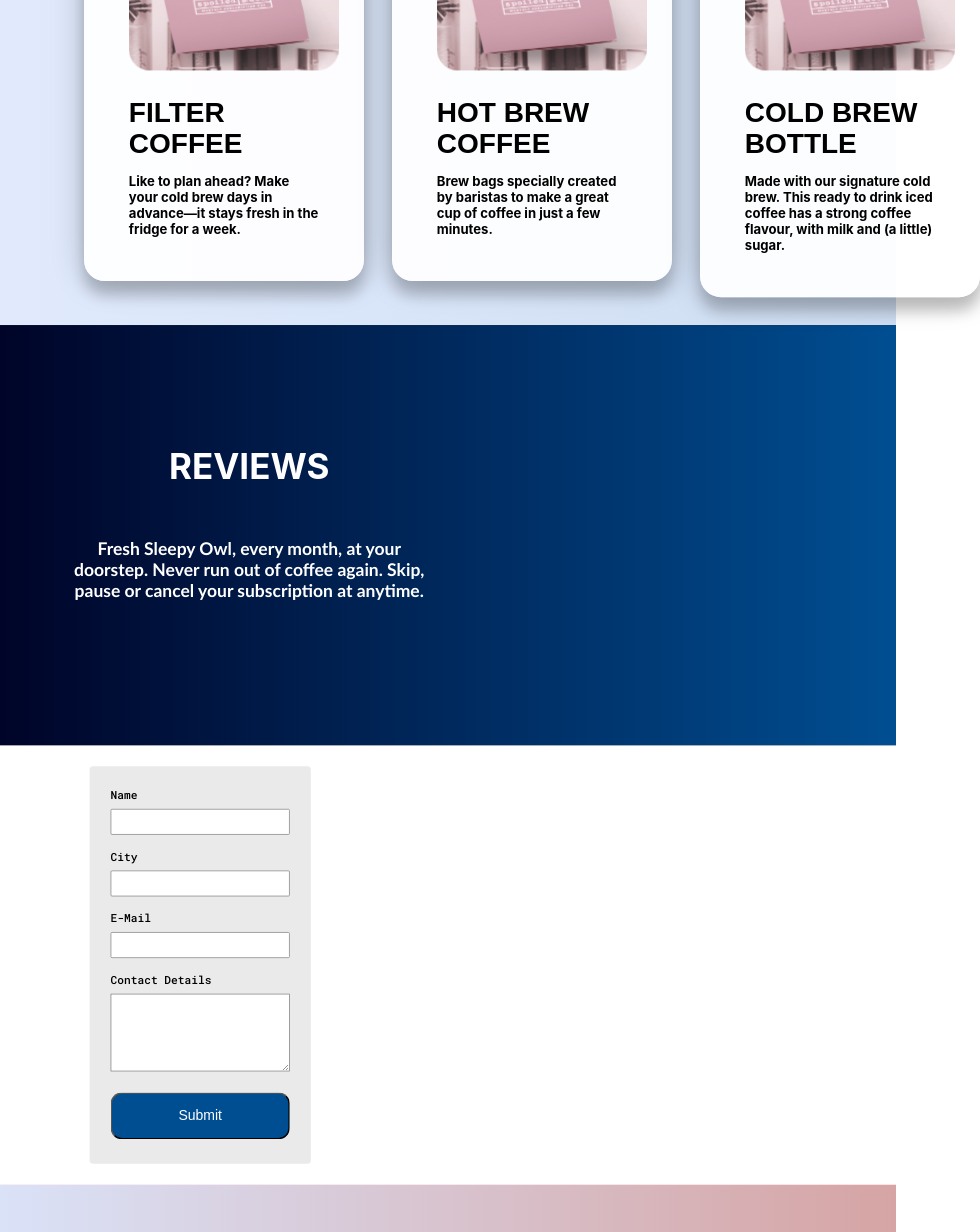
Repository: tusharpasricha/owlsomecoffee
Page: /
These files come from the project's save history. The page is drawn as it stood at one moment and after the next save; the edit follows.
The browser window is 1280 px wide. The page is 1400 px wide, so the pictures cover 1400 px, including what lies to the right of the window. The pictures show the part of the page from y = 382 to 2142 px (the page is 2852 px tall before and 2862 px after), at 70% of full size.
Some web fonts or font styles are not loaded; a fallback is used. The project was rebuilt for these pictures with package versions that can differ from the ones it lists, and the page was loaded fresh each time. Also part of the build but not shown: src/components/coupons.css, src/components/coupons.js, src/components/order.css, src/components/order.js, src/components/giftboxes.css, src/components/giftboxes.js, src/components/location.css, src/components/location.js.

Above is the page before, as saved 2021-09-27 22:47:14.

### src/App.js

//import './App.css';
import Navbar from './components/navbar';
import Bar from './components/bar';
import Subs from './components/subscription';
import Review from './components/review';
import Coupons from './components/coupons';
import Order from './components/order';
import Giftboxes from './components/giftboxes';
import Location from './components/location';
import Deal from './components/deal';
import Beforefootor from './components/beforefootor';
import Footor from './components/footor';
import Blank from './components/blank';
import Contact from './components/contact'










function App() {
  return (
    <div className="App">
     <Navbar></Navbar>
     <Blank></Blank>
     <Bar></Bar>
     <Deal></Deal>
     <Review></Review>
     {/* <Order></Order>
     <Location></Location>

     <Giftboxes></Giftboxes>
     <Coupons></Coupons> */}
     <Contact></Contact>
     <Subs></Subs>
     <Beforefootor></Beforefootor>
    <Footor></Footor>
    </div>
  );
}

export default App;

### src/components/navbar.js
import React from 'react'
import './navbar.css'
import {animateScroll as scroll} from 'react-scroll';
const Navbar = () => {
    return (
      <header className="mobileNav">
    <div className="nav">
<ul className="options">
  <li onClick={(()=> scroll.scrollToTop())}>
  Top</li>
  <li><a href="default.asp">Shop</a></li>
  <li><a href="news.asp">News</a></li>
  <li><a href="contact.asp">Contact</a></li>
  <li><a href="about.asp">Reviews</a></li>
</ul>
    </div>
    </header>
    )
}

export default Navbar

### src/components/bar.js
import React from 'react';
import {Link} from 'react-scroll';
import './bar.css';
import order from './order.jpg';
import deal from './deal.jpg';
import location from './location.jpg';
import coupon from './coupon.jpg';
import gift from './gift.jpg';
import review from './review.jpg';
import subscription from './subscription.png';
import logo from './logo.jfif';

const Bar = () => {
    return (
        <div className="bar">
<ul>
  <li> <img src={subscription}></img> <Link to="order" smooth={true} duration={1000}>ORDER</Link></li>
  <li><img src={deal}></img> <Link to="deal" smooth={true} duration={1000}>DEAL</Link></li>
  <li><img src={location}></img> <Link to="location" smooth={true} duration={1000}>LOCATION</Link></li>
  <li><img src={gift}></img> <Link to="giftboxes" smooth={true} duration={1000}>GIFT BOXES</Link></li>
  <li><img src={coupon}></img> <Link to="coupons" smooth={true} duration={1000}>COUPONS</Link></li>
  <li><img src={logo}></img> <Link to="contact" smooth={true} duration={1000}>CONTACT</Link></li>
  <li><img src={review}></img> <Link to="reviews" smooth={true} duration={1000}>REVIEWS</Link></li>
  <li><img src={subscription}></img> <Link to="subs" smooth={true} duration={1000}>SUBSCRIPTION</Link></li>

</ul>
        </div>
    )
}

export default Bar

### src/components/subscription.js
import React from 'react'
import './subscription.css';

const Subs = () => {
    return (

        <div className="subs" id="subs">
        <section>
        <h1>Subscription</h1>
        <p>Fresh Sleepy Owl, every month, at your doorstep. Never run out of coffee again. Skip, pause or cancel your subscription at anytime.</p>
        </section>

        </div>

    )
}

export default Subs

### src/components/review.js
import React from 'react';
import './review.css';

const Review = () => {
    return (
        <div className="reviews" to="reviews">
        <section>
        <h1>REVIEWS</h1>
        <p>Fresh Sleepy Owl, every month, at your doorstep. Never run out of coffee again. Skip, pause or cancel your subscription at anytime.</p>
        </section>
        </div>
    )
}

export default Review

### src/components/deal.js
import React from "react";
import './deal.css';
import subscription from './subscription.png';

const Deal = () => {
    return (
        <>
        <div className="cardContainer">
            <div className="singleContainer">
                <div className="card" >
                    <div className="sneaker">
                        <img src={subscription} className="imga" alt="Socks" />
                    </div>
                    <div className="description">
                        <h2 className="title">
FILTER COFFEE</h2>
                        <h3 className="desc">Like to plan ahead? Make your cold brew days in advance—it stays fresh in the fridge for a week.</h3>
                    </div>
                </div>
            </div>
            <div className="singleContainer">
            <div className="card" >
                <div className="sneaker">
                    <img src={subscription} className="imga" alt="Socks" />
                </div>
                <div className="description">
                    <h2 className="title">HOT BREW COFFEE</h2>
                    <h3 className="desc">Brew bags specially created by baristas to make a great cup of coffee in just a few minutes.</h3>
                </div>
            </div>
        </div>
        <div className="singleContainer">
        <div className="card" >
            <div className="sneaker">
                <img src={subscription} className="imga" alt="Socks" />
            </div>
            <div className="description">
                <h2 className="title">COLD BREW BOTTLE</h2>
                <h3 className="desc">Made with our signature cold brew. This ready to drink iced coffee has a strong coffee flavour, with milk and (a little) sugar.</h3>
            </div>
        </div>
    </div>
    </div>
    </>
    );
}

export default Deal;

### src/components/beforefootor.js
import React from 'react'
import './beforefootor.css'

const Beforefootor = () => {

    return (
        <div className="beforefootor">
            <section className="info">
                <div className="infopart">
                <p className="tag">Social</p>
                <p className="value">YOUTUBE</p>
                <p className="value">INSTAGRAM</p>
                <p className="value">FACEBOOK</p>
                <p className="value">TWITTER</p>
                </div>
            </section>
            <section className="info">
            <div className="infopart">
                <p className="tag">Contact</p>
                <p className="value">+91 7906438792</p>
                <p className="value">owlsome@gmail.com</p>
                </div>
            </section>
            {/* <section className="info">
                <div className="infopart">
                <p className="tag">Twitter</p>
                <p className="value">Sirjohnson</p>
                </div>
                <div className="infopart">
                <p className="tag">INSTAGRAM</p>
                <p className="value">sirjohnson_socks</p>
                </div>
                <div className="infopart">
                <p className="tag">FACEBOOK</p>
                <p className="value">Sir Johnson Socks</p>
                </div>
            </section> */}


        </div>
    )
}

export default Beforefootor

### src/components/footor.js
import React from 'react'
import './footor.css'

const Footor = () => {
    return (
        <div className="footor">
                owlsome
        </div>
    )
}

export default Footor

### src/components/blank.js
import React from 'react';
import './blank.css';

const Blank = () => {
    return (
        <div className="blank" to="blank">

        </div>
    )
}

export default Blank

### src/components/contact.js
import React from "react";
// import emailjs from 'emailjs-com';
import './contact.css';
// function sendEmail(e){
//     e.preventDefault();
//     console.log('submited')
//     alert("Thank you for your response")

//     emailjs.sendForm('service_v5j0w57', 'template_jckj8km', e.target, 'user_RQy2NQAr1UeMOoaw4Cpgi')
//       .then((result) => {
//           console.log(result.text);
//       }, (error) => {
//           console.log(error.text);
//       });
//       e.target.reset()
// }
const Contact = () => {
    return (
        <>
            <section className="contact" to="contact">
                <form >
                    <label htmlFor="name">Name</label>
                    <input type="text" name="name"/>
                    <label htmlFor="City">City</label>
                    <input type="text" name="city"/>
                    <label htmlFor="email">E-Mail</label>
                    <input type="email" name="email"/>
                    <label>Contact Details</label>
                    <textarea  rows="7" cols="100"  name="message" ></textarea>
                    <button type="submit">Submit</button>
                </form>
            </section>

            </>
    );
    }
export default Contact;

### src/components/navbar.css


.nav{
    position: fixed;
    background-color: rgb(255, 255, 255);
    display: flex;
    justify-content: center;
    height: 60px;
    width: 100%;
    align-items: center;

}
ul{

     display: flex;
     list-style-type: none;
     justify-content: center;
     padding: 2px;
 }
 li{
     padding-right: 40px;
     padding-left: 40px;
 }
 a{
     text-decoration: none;
     color: black;
 }

### src/components/bar.css

.bar{
    background-color: rgba(209, 94, 94, 0.74);
    display: flex;
    justify-content: center;
    height: 150px;
    width: 100%;
    align-items: center;
    background-image: linear-gradient(to right,#ddd6f3,#faaca8);
}
ul{
     display: flex;
     list-style-type: none;
     justify-content: center;
     padding: 2px;
 }
 li{
     display: flex;
     flex-direction: column;
     padding-right: 30px;
     padding-left: 30px;
     text-align: center;

 }
 a{
     text-decoration: none;
     color: black;
 }
img{

    height: 80px;
    width: 80px;
    border-radius: 30px;
}

### src/components/subscription.css
.subs{
    display: flex;
    justify-content: center;
    background-color: rgb(252, 188, 200);
    height: 500px;
    background-image: linear-gradient(to right,#dae2f8,#d6a4a4);
}
section{

    flex-direction: column;
    padding: 100px;
    width: 40%;

}
h1{
    font-size: 50px;
    text-align: center;
    font-weight: bolder;
    padding: 30px;
}
p{
    font-family: 'Trebuchet MS', 'Lucida Sans Unicode', 'Lucida Grande', 'Lucida Sans', Arial, sans-serif;
    text-align: center;
    font-weight: bold;
    font-size: 25px;
}

### src/components/review.css
.reviews{
    background-image: linear-gradient(to right, #000428,#004e92);
    background-color:rgb(0, 0, 0);
    color: white;
    height: 600px;
}

### src/components/deal.css
.cardContainer {
    display: flex;
    flex-direction: row;
    background-image: linear-gradient(to right,#e0eafc,#cfdef3);
    margin: auto;
    /* perspective: 1000px; */
    padding: 20px 100px;

}

.singleContainer {
    margin-top: 40px;
    display: flex;
    flex-direction: column;

    /* align-items: center;
    justify-content: center; */
    margin: 20px;
    width: 400px;

}

.card {
    /* transform-style: preserve-3d; */
    background-color: rgba(255, 255, 255, 0.938);
    padding: 2rem 4rem;
    border-radius: 30px;
    box-shadow: 0 20px 20px rgba(0, 0, 0, 0.2), 0px 0px 50px rgba(0, 0, 0, 0.2);
}

.imga {
    width: 300px;
    height: 200px;
    z-index: 23;
    transition: all 0.75 ease-in-out;
}

.sneaker {
    margin-bottom: 30px;
    position: relative;
}

.description h2 {
    margin-bottom: 20px;
    font-size: 40px;
    font-family: 'Poppins', sans-serif;
    transition: all 0.75 ease-in-out;
}

.description h3 {
    margin-bottom: 30px;
    font-family:-apple-system, BlinkMacSystemFont, 'Segoe UI', Roboto, Oxygen, Ubuntu, Cantarell, 'Open Sans', 'Helvetica Neue', sans-serif;
    transition: all 0.75 ease-in-out;
}

### src/components/beforefootor.css
/* @import url('https://fonts.googleapis.com/css2?family=Style+Script&display=swap'); */

.beforefootor{
    background-image: linear-gradient(to right, #000428,#004e92);

    display: flex;
}

.info{
    color: rgba(255, 255, 255, 0.849);
    width: 33.333%;
    text-align: center;
    padding: 10PX;

}

.tag{
    color:rgba(255, 255, 255, 0.918);
    font-family: 'Trebuchet MS', 'Lucida Sans Unicode', 'Lucida Grande', 'Lucida Sans', Arial, sans-serif;
}
.value{
 color: rgba(255, 255, 255, 0.87);
 font-family: 'Trebuchet MS', 'Lucida Sans Unicode', 'Lucida Grande', 'Lucida Sans', Arial, sans-serif;
 font-size: 15px;
}

### src/components/footor.css
@import url('https://fonts.googleapis.com/css2?family=Style+Script&display=swap');

.footor{
    padding: 5px;
    margin-top: 2px;
    text-align: center;
    color: white;
    background-color: black;
    font-Family: 'Style Script';
  font-size: 30px;
  }

### src/components/blank.css
.blank{
    background-color:rgb(207, 162, 162);
    height: 60px;
}

### src/components/contact.css
@import url('https://fonts.googleapis.com/css2?family=Roboto+Mono:wght@500&display=swap');

.contact{

    padding: 30px;
}
form {
    /* border: 2px solid coral; */
    width: 50%;
    margin: auto;
    display: flex;

    flex-direction: column;
    padding: 30px;
    background:  #eaeaea;
    border-radius: 5px;
    font-family: 'Roboto Mono', monospace;
    border-color: #d0d0d0;
    color: #000;
}

form label {
    margin-bottom: 10px;
}

form input {
    margin-bottom: 20px;
    padding: 10px 10px;
    border: 1px solid grey;
    border-radius: 2px;
    background: #fff;
    color: #000;
}

form textarea {
    margin-bottom: 30px;
    background: #fff;
}


form button {
    padding: 20px 10px;
    font-size: 20px;
    margin-bottom: 5px;
    background-color: #004e92;
    color: #fff;
    cursor: pointer;
    border-radius: 1rem;
}
form button:hover{
    color: black;
    background-color: white;
}

Loaded but not shown: public/index.html (common file); src/index.js (common file); src/index.css (common file)

After the next save:
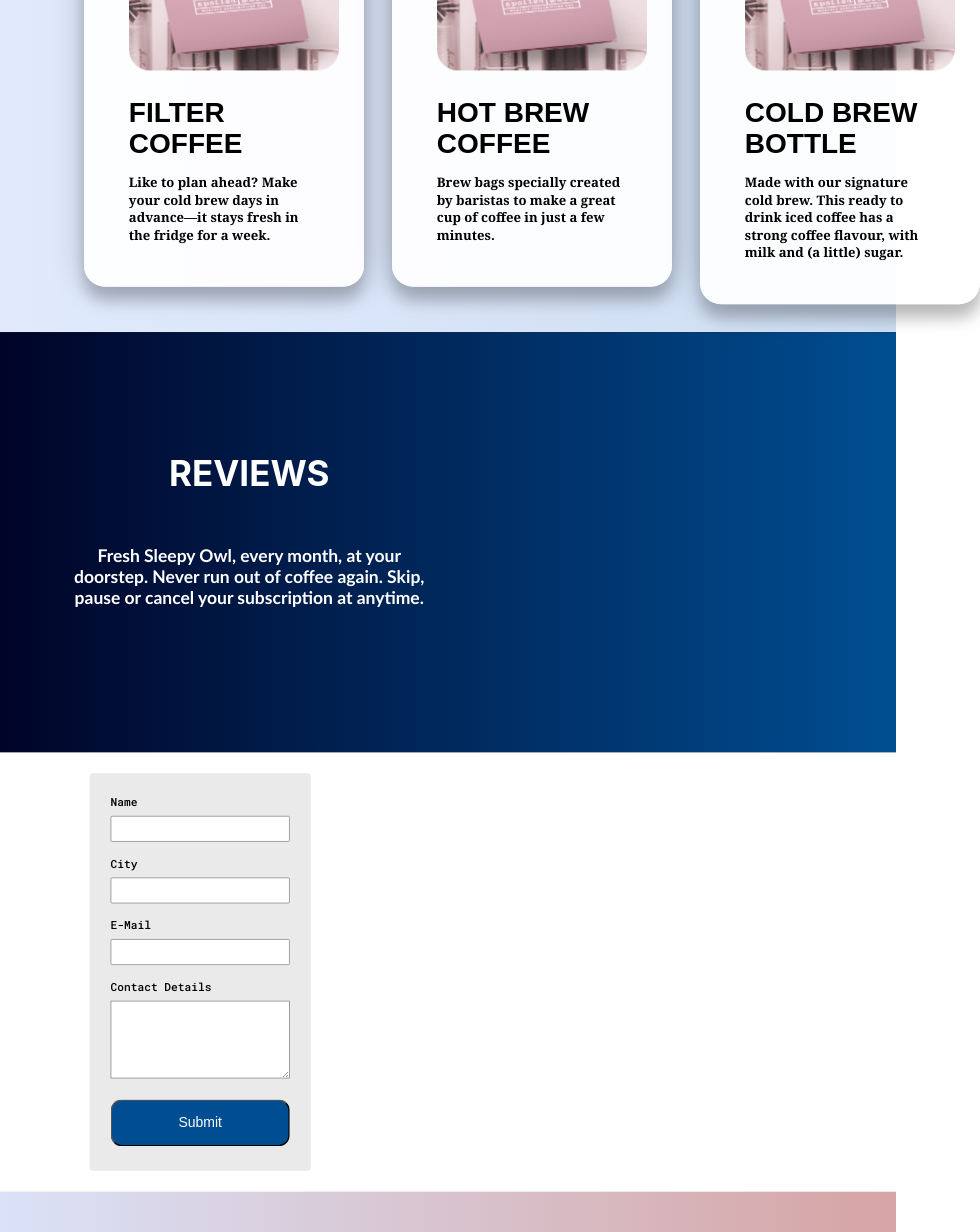
Saved 23 s later.
--- a/src/components/deal.css
+++ b/src/components/deal.css
@@ -49,6 +49,6 @@
 
 .description h3 {
     margin-bottom: 30px;
-    font-family:-apple-system, BlinkMacSystemFont, 'Segoe UI', Roboto, Oxygen, Ubuntu, Cantarell, 'Open Sans', 'Helvetica Neue', sans-serif;
+    font-family:Cambria, Cochin, Georgia, Times, 'Times New Roman', serif;
     transition: all 0.75 ease-in-out;
 }
